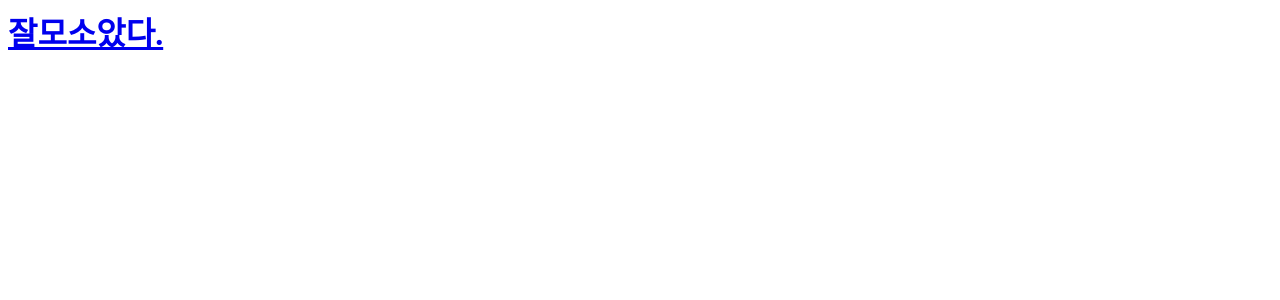
Repository: december-moon/WEB
Page: http://localhost/JSP09_AnswerBoard/answer.do?command=list
These files come from the project's save history. The page is drawn as it stood at one moment and after the next save; the edit follows.
The browser window is 1280 px wide. The pictures show the whole page.
The page is served by Tomcat 9. Other server files are loaded and not shown.

Above is the page before, as saved 2021-03-02 04:38:26.

### JSP09_AnswerBoard/src/com/answer/controller/AnswerController.java
package com.answer.controller;

import java.io.IOException;

import javax.servlet.ServletException;
import javax.servlet.annotation.WebServlet;
import javax.servlet.http.HttpServlet;
import javax.servlet.http.HttpServletRequest;
import javax.servlet.http.HttpServletResponse;

import com.answer.biz.AnswerBiz;
import com.answer.biz.AnswerBizImpl;

@WebServlet("/AnswerController")

public class AnswerController extends HttpServlet {
	private static final long serialVersionUID = 1L;

	public AnswerController(){

	}

	protected void doGet(HttpServletRequest request, HttpServletResponse response) throws ServletException, IOException {
		request.setCharacterEncoding("UTF-8");
		response.setContentType("text/html; charset=UTF-8");

		AnswerBiz biz = new AnswerBizImpl();

		String command = request.getParameter("command");
		if(command.equals("list")) {

		}



		response.getWriter().append("<a href='index.jsp'><h1>잘모소았다.</h1></a>");
	}

	protected void doPost(HttpServletRequest request, HttpServletResponse response) throws ServletException, IOException {
		doGet(request, response);
	}
}

### JSP09_AnswerBoard/src/com/answer/biz/AnswerBiz.java
package com.answer.biz;

import java.util.List;

import com.answer.dto.AnswerDto;

public interface AnswerBiz {

	public List<AnswerDto> selectList();
	public AnswerDto selectOne(int boardno);
	public int boardInsert(AnswerDto dto);
	public int boardUpdate(AnswerDto dto);
	public int boardDelete(int boardno);

	public int answerProc(AnswerDto dto);

}

### JSP09_AnswerBoard/src/com/answer/biz/AnswerBizImpl.java
package com.answer.biz;

import java.util.List;

import com.answer.dao.AnswerDao;
import com.answer.dao.AnswerDaoImpl;
import com.answer.dto.AnswerDto;

public class AnswerBizImpl implements AnswerBiz {

	AnswerDao dao = new AnswerDaoImpl();

	@Override
	public List<AnswerDto> selectList() {
		return dao.selectList();
	}

	@Override
	public AnswerDto selectOne(int boardno) {
		return dao.selectOne(boardno);
	}

	@Override
	public int boardInsert(AnswerDto dto) {
		// TODO Auto-generated method stub
		return 0;
	}

	@Override
	public int boardUpdate(AnswerDto dto) {
		// TODO Auto-generated method stub
		return 0;
	}

	@Override
	public int boardDelete(int boardno) {
		// TODO Auto-generated method stub
		return 0;
	}

	@Override
	public int answerProc(AnswerDto dto) {
		// TODO Auto-generated method stub
		return 0;
	}

}

### JSP09_AnswerBoard/src/com/answer/dao/AnswerDao.java
package com.answer.dao;

import java.util.List;

import com.answer.dto.AnswerDto;

public interface AnswerDao {

	String SELECT_LIST_SQL = " SELECE BOARDNO, GROUPNO, GROUPSEQ, TITLETAB, TITLE, CONTENT, WRITER, REGDATE "
			+" FROM ANSWERBOARD "
			+" ORDER BY GROUPNO DESC, GROUPSEQ ";
	String SELECT_ONE_SQL = "";
	String BOARD_INSERT_SQL = "";
	String BOARD_UPDATE_SQL = "";
	String BOARD_DELETE_SQL = "";

	String ANSWER_UPDATE_SQL = "";
	String ANSWER_INSERT_SQL = "";

	public List<AnswerDto> selectList();
	public AnswerDto selectOne(int boardno);
	public int boardInsert(AnswerDto dto);
	public int boardUpdate(AnswerDto dto);
	public int boardDelete(int boardno);

	public int answerUpdate(int parentBoardNo);
	public int answerInsert(AnswerDto dto);

}

### JSP09_AnswerBoard/src/com/answer/dao/AnswerDaoImpl.java
package com.answer.dao;

import java.sql.Connection;
import java.sql.PreparedStatement;
import java.sql.ResultSet;
import java.sql.SQLException;
import java.util.ArrayList;
import java.util.List;

import com.answer.dto.AnswerDto;
import static com.answer.db.JDBCTemplate.*;

public class AnswerDaoImpl implements AnswerDao {

	@Override
	public List<AnswerDto> selectList() {
		Connection con = getConnection();
		PreparedStatement pstm = null;
		//select는 테이블이라서 resultset에 담는다 *외우기
		ResultSet rs = null;
		List<AnswerDto> list = new ArrayList<AnswerDto>();

		try {
			pstm=con.prepareStatement(SELECT_LIST_SQL);
			System.out.println("쿼리 준비: "+SELECT_LIST_SQL);

			//테이블을 rs에 담아 둠
			rs=pstm.executeQuery();
			System.out.println("쿼리 실행 및 리턴");

			while(rs.next()) {
				AnswerDto dto = new AnswerDto();
				dto.setBoardno(rs.getInt(1));
				dto.setGroupno(rs.getInt(2));
				dto.setGroupseq(rs.getInt(3));
				dto.setTitletab(rs.getInt(4));
				dto.setTitle(rs.getString(5));
				dto.setContent(rs.getString(6));
				dto.setWriter(rs.getString(7));
				dto.setTitle(rs.getString(8));
				dto.setRegdate(rs.getDate(9));

				list.add(dto);
			}
		} catch (SQLException e) {
			e.printStackTrace();
		}finally {
			close(rs, pstm, con);
		}

		return list;
	}

	@Override
	public AnswerDto selectOne(int boardno) {
		// TODO Auto-generated method stub
		return null;
	}

	@Override
	public int boardInsert(AnswerDto dto) {
		// TODO Auto-generated method stub
		return 0;
	}

	@Override
	public int boardUpdate(AnswerDto dto) {
		// TODO Auto-generated method stub
		return 0;
	}

	@Override
	public int boardDelete(int boardno) {
		// TODO Auto-generated method stub
		return 0;
	}

	@Override
	public int answerUpdate(int parentBoardNo) {
		// TODO Auto-generated method stub
		return 0;
	}

	@Override
	public int answerInsert(AnswerDto dto) {
		// TODO Auto-generated method stub
		return 0;
	}

}

After the next save:
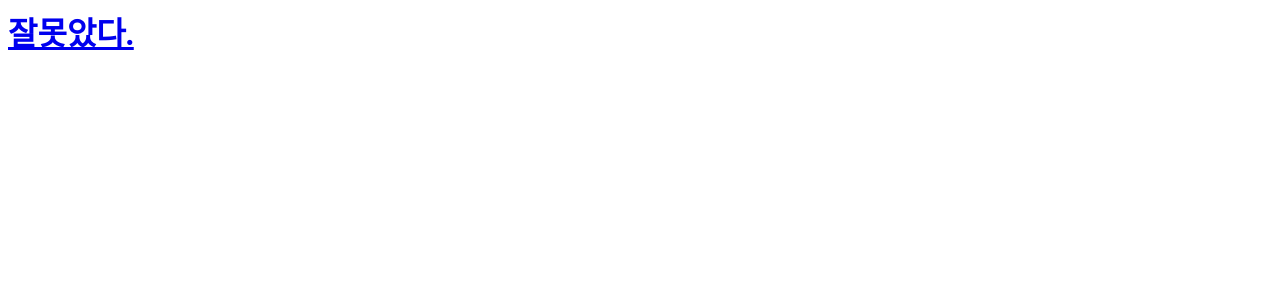
Saved 6 s later.
--- a/JSP09_AnswerBoard/src/com/answer/controller/AnswerController.java
+++ b/JSP09_AnswerBoard/src/com/answer/controller/AnswerController.java
@@ -33,7 +33,7 @@ public class AnswerController extends HttpServlet {
 
 
 
-		response.getWriter().append("<a href='index.jsp'><h1>잘모소았다.</h1></a>");
+		response.getWriter().append("<a href='index.jsp'><h1>잘못았다.</h1></a>");
 	}
 
 	protected void doPost(HttpServletRequest request, HttpServletResponse response) throws ServletException, IOException {
